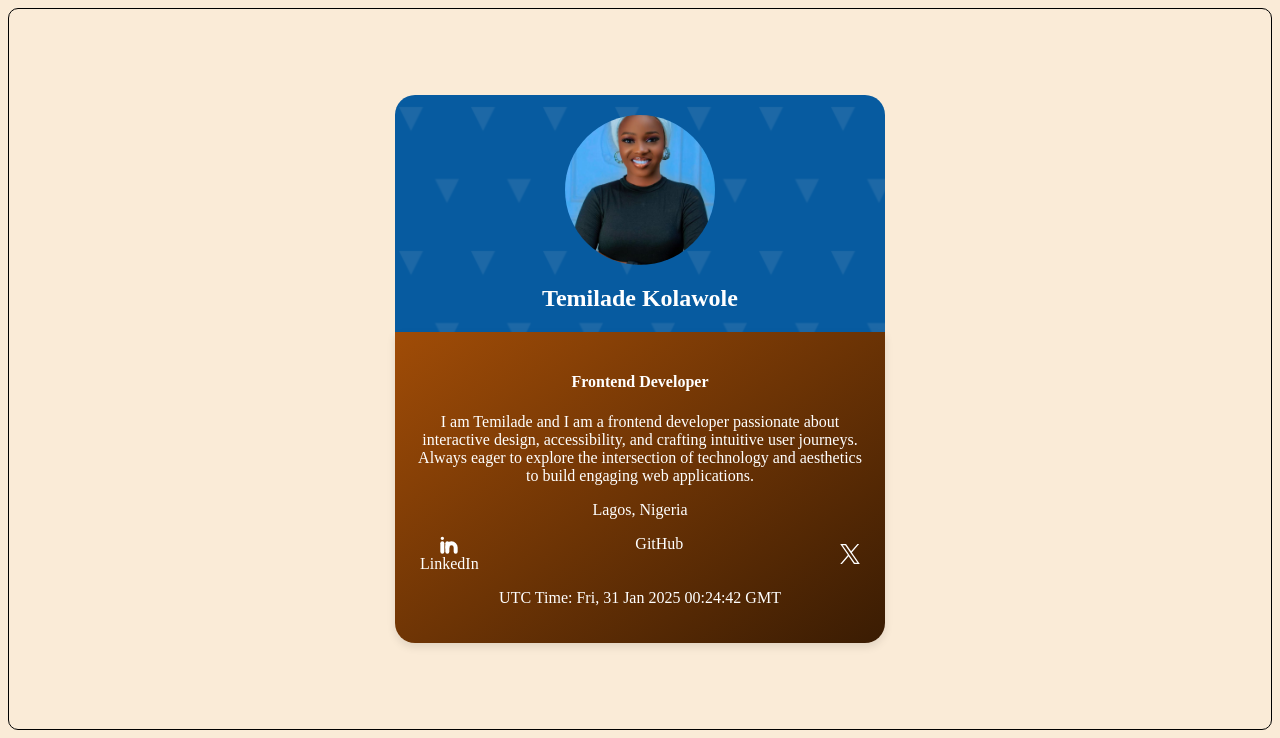
Repository: KolawoleTemilade/ticket-guarantor
Page: profilecard/index..html
An editor plug-in stored every save of this project. The page is shown before and after a run of saves, followed by the edit.
The browser window is 1280 px wide. The pictures show the whole page.

Above is the page before, as saved 2025-02-05 01:07:51.

After the next 2 saves:
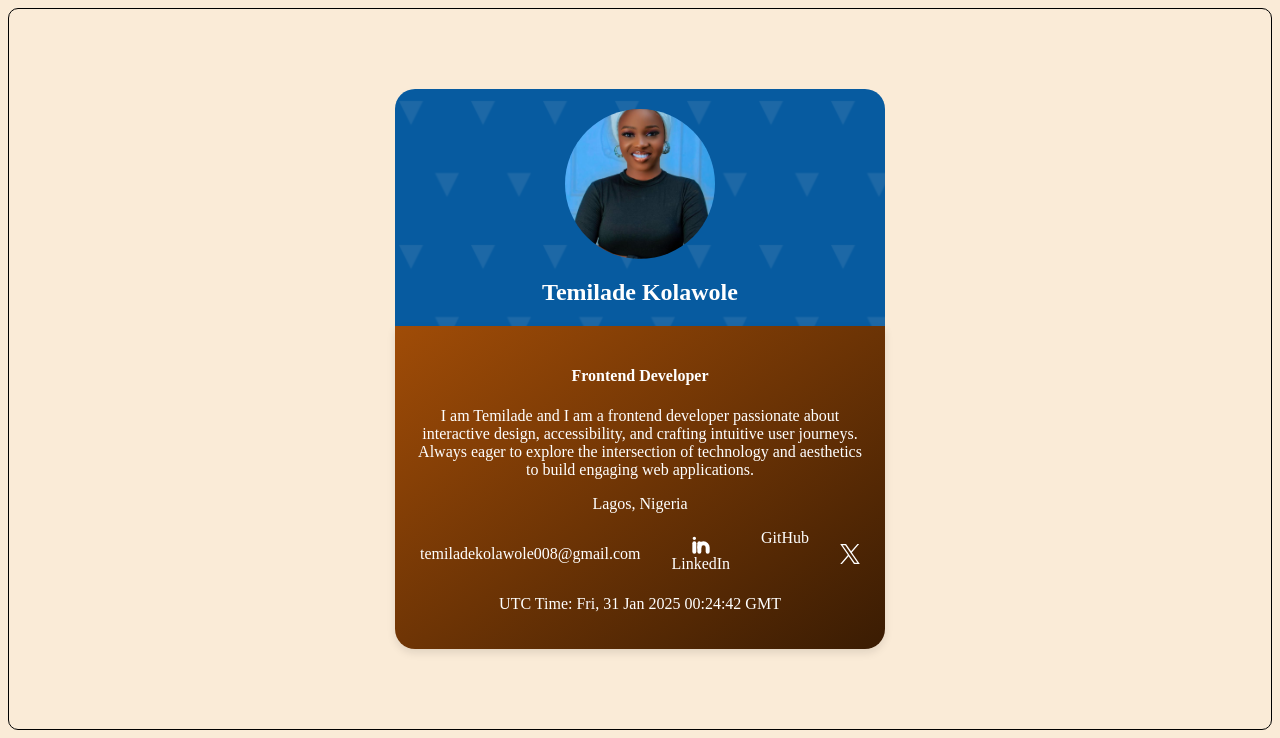
The 2 saves are shown as one change because they came seconds apart.
The last was saved 8 s later.
--- a/profilecard/index..html
+++ b/profilecard/index..html
@@ -1,46 +1,70 @@
 <!DOCTYPE html>
 <html lang="en">
-<head>
-    <meta charset="UTF-8">
-    <meta name="viewport" content="width=device-width, initial-scale=1.0">
+  <head>
+    <meta charset="UTF-8" />
+    <meta name="viewport" content="width=device-width, initial-scale=1.0" />
     <title>Profile Card</title>
-    <link rel="stylesheet" href="style.css">
-</head>
-<body>
-    <section class=" " >
-        <div class="background" style="background-image: url('./asset/bgo.svg');">
-            <img src="./asset/profile.jpg" alt="Profile Picture" data-testid="profilePicture">
-            <h2 class="fullname" data-testid="fullName">Temilade Kolawole</h2>
-        </div>
-        <div class="card" >
+    <link rel="stylesheet" href="style.css" />
+  </head>
+  <body>
+    <section class=" ">
+      <div class="background" style="background-image: url('./asset/bgo.svg')">
+        <img
+          src="./asset/profile.jpg"
+          alt="Profile Picture"
+          data-testid="profilePicture"
+        />
+        <h2 class="fullname" data-testid="fullName">Temilade Kolawole</h2>
+      </div>
+      <div class="card">
         <h4 data-testid="jobTitle">Frontend Developer</h4>
         <p data-testid="shortBio">
-            I am Temilade and I am a frontend developer passionate about interactive design,
-            accessibility, and crafting intuitive user journeys. Always eager to explore
-            the intersection of technology and aesthetics to build engaging web applications.
+          I am Temilade and I am a frontend developer passionate about
+          interactive design, accessibility, and crafting intuitive user
+          journeys. Always eager to explore the intersection of technology and
+          aesthetics to build engaging web applications.
         </p>
         <p data-testid="currentLocation">Lagos, Nigeria</p>
 
         <div class="social-links" data-testid="socialLinks">
+          <p data-testid="emailAddress">
+            <a href="mailto:temiladekolawole008@gmail.com" target="_blank">
+              temiladekolawole008@gmail.com
+            </a>
+          </p>
 
-            <a href="https://linkedin.com/in/temiladekolawole13" target="_blank" class="socials"> <img src="./asset/linkedin.svg" alt="">LinkedIn</a>
-            <a href="https://github.com/kolawoleTemilade" target="_blank">GitHub</a>
-            <a href="https://twitter.com/temmie415" target="_blank" class="socials"> <img src="./asset/twitter.svg" alt=""></a>
+          <a
+            href="https://linkedin.com/in/temiladekolawole13"
+            target="_blank"
+            class="socials"
+          >
+            <img src="./asset/linkedin.svg" alt="" />LinkedIn</a
+          >
+          <a href="https://github.com/kolawoleTemilade" target="_blank"
+            >GitHub</a
+          >
+          <a
+            href="https://twitter.com/temmie415"
+            target="_blank"
+            class="socials"
+          >
+            <img src="./asset/twitter.svg" alt=""
+          /></a>
         </div>
         <p data-testid="currentTimeUTC" id="utcTime"></p>
-    </div>
+      </div>
     </section>
 
     <script>
-        // Update UTC time every second
-        function updateTime() {
-            const utcTime = new Date().toUTCString();
-            document.getElementById('utcTime').textContent = `UTC Time: ${utcTime}`;
-        }
+      // Update UTC time every second
+      function updateTime() {
+        const utcTime = new Date().toUTCString();
+        document.getElementById("utcTime").textContent = `UTC Time: ${utcTime}`;
+      }
 
-        // Initial call and set interval
-        updateTime();
-        setInterval(updateTime, 1000);
+      // Initial call and set interval
+      updateTime();
+      setInterval(updateTime, 1000);
     </script>
-</body>
+  </body>
 </html>
